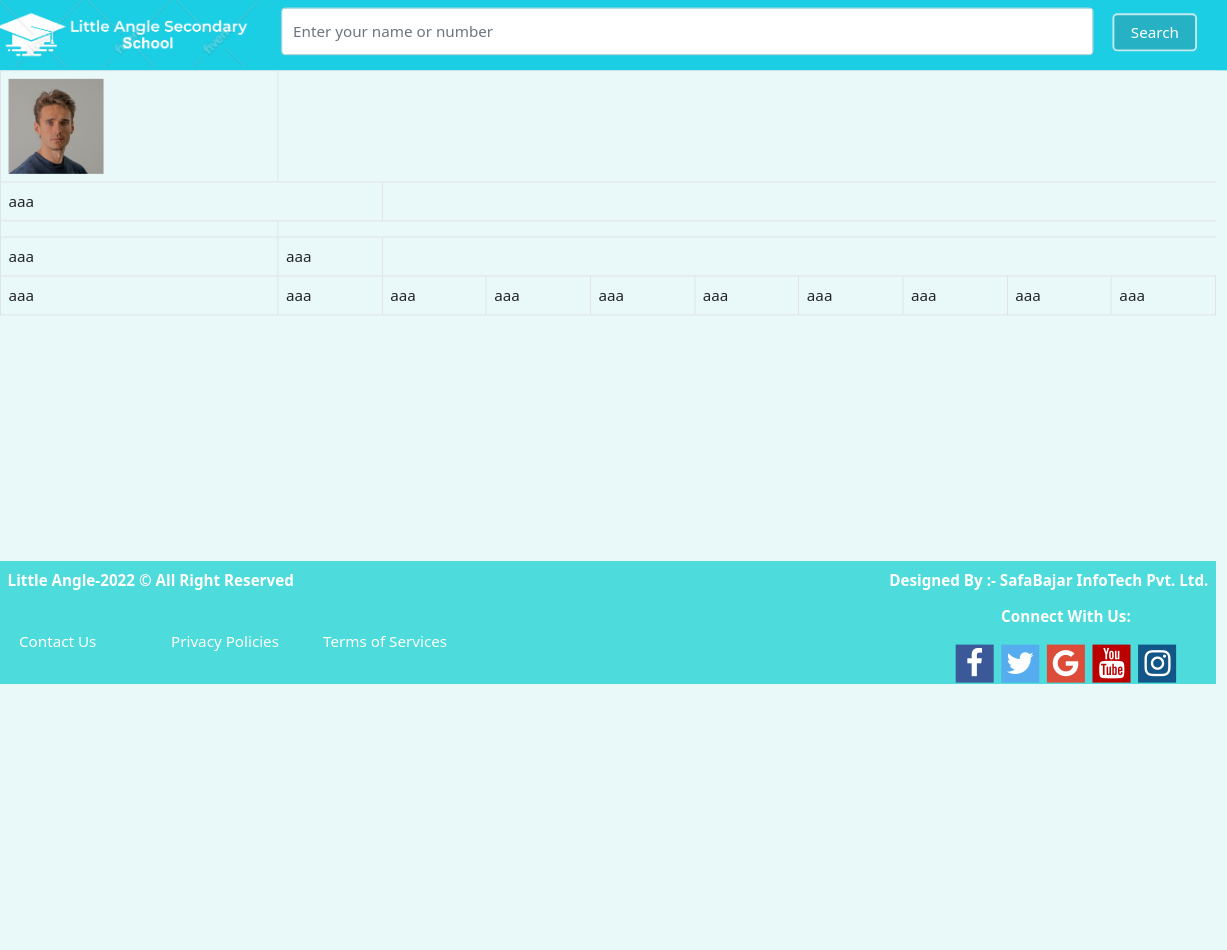
Repository: Sjuicyy/School-Project
Page: profilesview.html
These files come from the project's save history. The page is drawn as it stood at one moment and after the next save; the edit follows.
The browser window is 1280 px wide. The page is 1292 px wide, so the pictures cover 1292 px, including what lies to the right of the window. The pictures show the whole page, at 95% of full size.

Above is the page before, as saved 2022-09-22 11:51:29.

### profilesview.html
<!doctype html>
<html lang="en">

<head>
    <!-- Required meta tags -->
    <meta charset="utf-8">
    <meta name="viewport" content="width=device-width, initial-scale=1">

    <!-- Bootstrap CSS -->
    <link href="https://cdn.jsdelivr.net/npm/bootstrap@5.0.2/dist/css/bootstrap.min.css" rel="stylesheet"
        integrity="sha384-EVSTQN3/azprG1Anm3QDgpJLIm9Nao0Yz1ztcQTwFspd3yD65VohhpuuCOmLASjC" crossorigin="anonymous">

    <link rel="stylesheet" href="https://cdnjs.cloudflare.com/ajax/libs/font-awesome/4.7.0/css/font-awesome.min.css">


    <style>
        body {
            height: 1000px;
        }

        .navcol {
            background-color: rgb(28, 206, 228);
        }

        .row0 div {
            width: auto;
            display: flex;
        }

        .img {
            height: 70px;
            width: 100%;
        }

        .form-control {
            height: 50px;
        }


        .btn1 {
            background-color: rgb(38, 178, 196);
            color: white;
            height: 40px;
            width: 100px;
            margin: 20px;
            margin-top: 14px;
            border: 2px solid rgba(255, 255, 255, 0.715);
            border-radius: 5px;
        }

        .btn1:hover {
            background-color: rgba(0, 225, 255, 0);
            border: 2px solid white;
            outline: none;
        }

        .btn1:active {
            color: rgba(255, 255, 255, 0.667);
            border: 2px solid rgba(255, 255, 255, 0.533);
        }

        .footer {
            background-color: rgb(77, 219, 219);
            position: fixed;
            width: 100%;
            overflow: AUTO;
            color: rgb(255, 255, 255);
            bottom: 0;
        }

        .footer::-webkit-scrollbar {
            display: none;
        }


        .fb {

            width: 160px
        }

        .fa1 {
            font-size: xx-large;
            padding: 4px;
            margin: 2px;
            width: 40px;
            text-decoration: none;
        }

        .fa-facebook {
            background: #3B5998;
            color: white;
        }

        .fa-twitter {
            background: #55ACEE;
            color: white;
        }

        .fa-google {
            background: #dd4b39;
            color: white;
        }

        .fa-youtube {
            background: #bb0000;
            color: white;
        }

        .fa-instagram {
            background: #125688;
            color: white;
        }

        .red {
            border: 1px solid rgb(219, 77, 77);
        }

        .green {
            border: 1px solid rgb(2, 183, 255);
        }

        .yello {
            border: 1px solid rgb(193, 255, 6);
        }

        .btn2 {
            background-color: rgb(77, 219, 219);
            width: 400px;
        }

        .color {
            color: rgb(28, 206, 228);
        }

        .a {
            text-decoration: none;
            color: rgb(77, 219, 219);
        }

        .loginopt {
            background-color: rgb(255, 255, 255);
            color: rgb(28, 206, 228);
            border: 2px solid;
            width: 43px;
            border-radius: 100px;
            margin: 10px;
        }

        .loginopt:hover {
            color: #0c91f7;
        }

        .btn2:hover {
            background-color: #2a8bd0;
        }
    </style>
    <title>Little Angle School</title>
</head>

<body style="background-color:#99e6e335 ;>
    <!-- heading start -->
    <div class=" container-fluid text-center">
    <div class="row row0 navcol">
        <div class="col-3">
            <a href="pages.html">
                <img class="img" src="./school.png" alt="">
            </a>
        </div>
        <div class="col">
            <input class="form-control mt-2 " type="search" placeholder="Enter your name or number "
                aria-label="Search">
            <button class="btn1" type="submit">Search</button>
            </form>
        </div>
    </div>
    </div>
    <!-- heading end -->



    <!-- profile view body  -->




    <!-- <div class="container mt-4 w-75" style="border: 3px solid #0c91f7;">
        <div class="m-1">


        <div class="row">
            <div class="col-auto  ">
                <img src=" ./profile pic.jpg" width="100px" alt="">
            </div>
            <div class="col " style="">
                <div class="row mt-3 m-auto">
                    <div class="col-auto m-auto w-50 "><b>Name: </b>Shyam Joshi</div>
                    <div class="col-auto m-auto w-50 "><b> Email: </b>Sjuicyy@gmail.com</div>
                </div>
                <div class="row mt-3 m-auto">
                    <div class="col-auto m-auto w-50 "><B>DoB: </B>2055/04/31</div>
                    <div class="col-auto m-auto w-50 "><b>Mobile</b>: +977-9867867202</div>
                </div>
            </div>
            <div class="col-auto " style="overflow:hidden; width:100px">
                <div class="col mt-3 ">
                    <div class="btn btn-primary btn-sm  w-100">view</div>
                </div>
                <div class="col  mt-2">
                    <div class="btn btn-primary btn-sm  w-100">Edit</div>
                </div>
            </div>
        </div>

    </div>
    </div> -->



    <!-- // profile view body  -->





    <!-- another responsive table start -->










    <div class="table-responsive  text-nowrap">
        <table class="table  table-bordered">
            <tbody class="table-border-bottom-0">
                <tr class="text-nowrap">
                    <td >
                        <img src="./profile pic.jpg" width="100px" alt="">
                        <tr>
                            <td colspan="2">aaa</td>
                        </tr>
                    </td>
                </tr>
                    <td>
                        <tr>
                            <td>aaa</td>
                            <td>aaa</td>

                        </tr>
                        <tr>
                            <td>aaa</td>
                            <td>aaa</td>
                            <td>aaa</td>
                            <td>aaa</td>
                            <td>aaa</td>
                            <td>aaa</td>
                            <td>aaa</td>
                            <td>aaa</td>
                            <td>aaa</td>
                            <td>aaa</td>
                        </tr>
                    </td>



                </tr>
            </tbody>
        </table>
    </div>
    <!-- another responsive table end -->








    <!-- footer start -->


    <div class="footer">
        <div class="row ">
            <div class="col mx-2 mt-2" style="text-align:left"> <b>Little Angle-2022 © All Right Reserved</b> </div>
            <div class="col mx-2 mt-2" style="text-align:right">
                <p> <b>Designed By :- SafaBajar InfoTech Pvt. Ltd.</b> </p>
            </div>
        </div>
        <div class="row mx-2">
            <div class="col-2  fb" style="text-align:left;margin-top:25px">Contact Us</div>
            <div class="col-2  fb" style="text-align:left;margin-top:25px">Privacy Policies</div>
            <div class="col-2  fb" style="text-align:left;margin-top:25px">Terms of Services</div>
            <div class="col  fb" style="text-align:left"></div>
            <div class="col-6 fb mt-2" style="text-align:center;width:300px">
                <p style="margin-top: -10px;"> <b>Connect With Us:</b> </p>
                <a href="https://www.facebook.com/search/top?q=safabazar%20private%20limited" class="fa fa1 fa-facebook"
                    style="text-align:center;margin-top:-10px"></a>
                <a href="#" class="fa fa1 fa-twitter"></a>
                <a href="#" class="fa fa1 fa-google"></a>
                <a href="#" class="fa fa1 fa-youtube"></a>
                <a href="#" class="fa fa1 fa-instagram"></a>
            </div>
        </div>

    </div>

    </div>

    </div>












    <!-- Optional JavaScript; choose one of the two! -->

    <!-- Option 1: Bootstrap Bundle with Popper -->
    <script src="https://cdn.jsdelivr.net/npm/bootstrap@5.0.2/dist/js/bootstrap.bundle.min.js"
        integrity="sha384-MrcW6ZMFYlzcLA8Nl+NtUVF0sA7MsXsP1UyJoMp4YLEuNSfAP+JcXn/tWtIaxVXM"
        crossorigin="anonymous"></script>

    <!-- Option 2: Separate Popper and Bootstrap JS -->
    <!--
    <script src="https://cdn.jsdelivr.net/npm/@popperjs/core@2.9.2/dist/umd/popper.min.js" integrity="sha384-IQsoLXl5PILFhosVNubq5LC7Qb9DXgDA9i+tQ8Zj3iwWAwPtgFTxbJ8NT4GN1R8p" crossorigin="anonymous"></script>
    <script src="https://cdn.jsdelivr.net/npm/bootstrap@5.0.2/dist/js/bootstrap.min.js" integrity="sha384-cVKIPhGWiC2Al4u+LWgxfKTRIcfu0JTxR+EQDz/bgldoEyl4H0zUF0QKbrJ0EcQF" crossorigin="anonymous"></script>
    -->
</body>

</html>

After the next save:
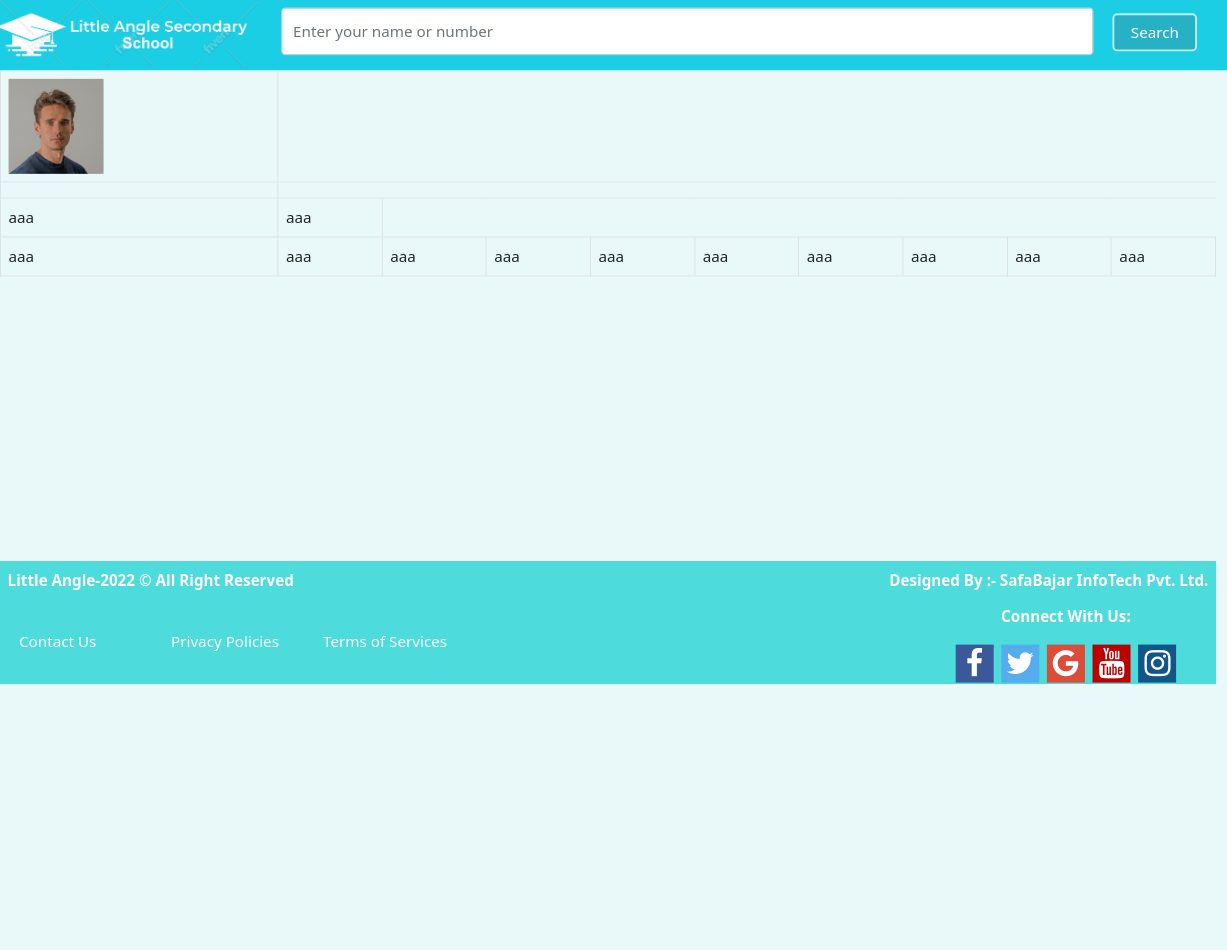
Saved 14 s later.
--- a/profilesview.html
+++ b/profilesview.html
@@ -239,9 +239,7 @@
                 <tr class="text-nowrap">
                     <td >
                         <img src="./profile pic.jpg" width="100px" alt="">
-                        <tr>
-                            <td colspan="2">aaa</td>
-                        </tr>
+
                     </td>
                 </tr>
                     <td>
